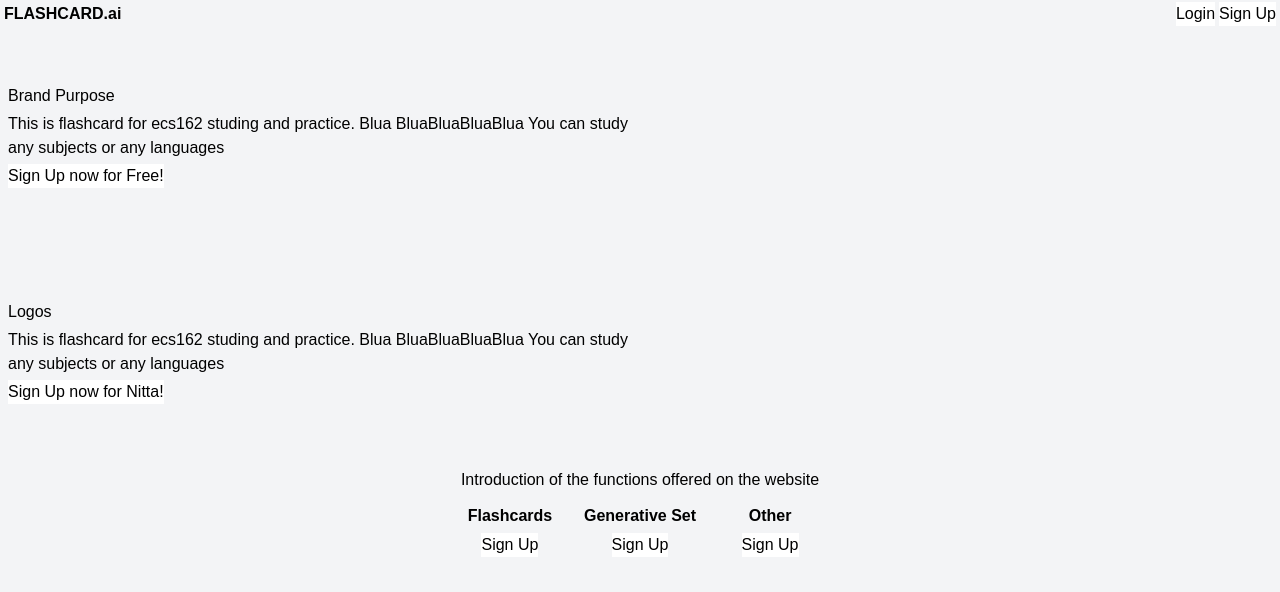
Repository: greg-chang/flashcard-website
Page: / (app in frontend/)
The author's editor kept a copy of each file at every save. The page is drawn from the files as they stood at one save, then again after the next save.
The browser window is 1280 px wide. The pictures show the whole page.
The page's requests for data from a server got no answer. The project was rebuilt for these pictures with package versions that can differ from the ones it lists, and the page was loaded fresh each time. Some packages were replaced by stand-ins written for this rebuild. The framework's server and built-in components were replaced by stand-ins that run in the browser. No one was signed in, and anything a server would have sent is missing. Also part of the build but not shown: frontend/next.config.ts, frontend/src/app/components/CardComponent.tsx, frontend/src/app/components/UserInterface.tsx.

Above is the page before, as saved 2025-05-29 22:10:51.

### frontend/src/app/layout.tsx
import type { Metadata } from "next";
import { Geist, Geist_Mono } from "next/font/google";
import { ClerkProvider } from '@clerk/nextjs';
import "./globals.css";

const geistSans = Geist({
  variable: "--font-geist-sans",
  subsets: ["latin"],
});

const geistMono = Geist_Mono({
  variable: "--font-geist-mono",
  subsets: ["latin"],
});

export const metadata: Metadata = {
  title: "Flashcard Website",
  description: "ECS 162 - Web Programming Final Project",
};

export default function RootLayout({
  children,
}: Readonly<{
  children: React.ReactNode;
}>) {
  return (
    <ClerkProvider>
      <html lang="en">
        <body
          className={`${geistSans.variable} ${geistMono.variable} antialiased`}
        >
          {children}
        </body>
      </html>
    </ClerkProvider>
  );
}

### frontend/src/app/page.tsx
'use client';
import Homepage from './components/Homepage';
import UserInterface from './components/UserInterface';
import Dashboard from './components/Dashboard';
import { useUser } from '@clerk/nextjs';

export default function Home() {
  const { isSignedIn, isLoaded } = useUser();
  if (!isLoaded) {
    return <div>Loading...</div>;
  }
  return (
    <main className="min-h-screen bg-gray-100">
      {isSignedIn ? <UserInterface /> : <Homepage />}
    </main>
  );
}

### frontend/src/app/globals.css
@import "tailwindcss";

:root {
  --background: var(--color-sand);
  --foreground: var(--color-walnut);
}

@theme {
  /* Light */
  --color-sand: #F0EAE2 ;
  /* Medium */
  --color-coffee: #937156 ;
  /* Medium Text */
  --color-walnut: #8F6E4F ;
  /* VERY DARK */
  --color-expresso: #341D09 ;
  /* DESATURATED MEDIUM */
  --color-mocha: #604E3C ;
}

@theme inline {
  --color-background: var(--background);
  --color-foreground: var(--foreground);
  --font-sans: var(--font-geist-sans);
  --font-mono: var(--font-geist-mono);
}
/*
@john found out that this is what caused the white text of white background
@media (prefers-color-scheme: dark) {
  :root {
    --background: #0a0a0a;
    --foreground: #ededed;
  }
} */

body {
  background: var(--background);
  color: var(--foreground);
  font-family: Arial, Helvetica, sans-serif;
}

### frontend/src/app/components/Homepage.tsx
'use client';
import {
  Box,
  Button,
  Center,
  Heading,
  Stack,
  Text,
  VStack,
  HStack,
  SimpleGrid,
  Flex,
} from '@chakra-ui/react';
import { SignInButton, SignUpButton } from '@clerk/nextjs';
import Header from './Header';

export default function Homepage() {
  return (
    <Box minH="100vh" bg="pink.100" color="black">
      <Header />
      {/* Intro*/}
      <SimpleGrid columns={[1, null, 2]} spacing={8} p={8} alignItems="center">
        <VStack align="start" spacing={4}>
          <Heading size="lg">Brand Purpose</Heading>
          <Text>
            This is flashcard for ecs162 studing and practice. Blua BluaBluaBluaBlua You can study any subjects or any languages
          </Text>
          <SignUpButton mode="modal">
            <Button bg="white" _hover={{ bg: 'gray.100' }}>
              Sign Up now for Free!
            </Button>
          </SignUpButton>
        </VStack>
        <Box bg="pink.300" h="200px" borderRadius="full" />
      </SimpleGrid>

      {/* LOGO*/}
      <SimpleGrid columns={[1, null, 2]} spacing={8} p={8} alignItems="center">
        <VStack align="start" spacing={4}>
          <Heading size="lg">Logos</Heading>
          <Text>This is flashcard for ecs162 studing and practice. Blua BluaBluaBluaBlua You can study any subjects or any languages</Text>
          <SignUpButton mode="modal">
            <Button bg="white" _hover={{ bg: 'gray.100' }}>
            Sign Up now for Nitta!
            </Button>
          </SignUpButton>
        </VStack>
        <Box bg="pink.300" h="200px" borderRadius="full" />
      </SimpleGrid>

      {/* Funtionality introduction */}
      <Center p={8}>
        <VStack spacing={6} w="full">
          <Heading size="md">Introduction of the functions offered on the website</Heading>
          <SimpleGrid columns={[1, null, 3]} spacing={6} w="full">
            {['Flashcards', 'Generative Set', 'Other'].map((feature) => (
              <Box key={feature} bg="pink.200" p={6} borderRadius="lg" textAlign="center">
                <Text fontWeight="bold" mb={4}>{feature}</Text>
                <SignUpButton mode="modal">
                  <Button bg="white" _hover={{ bg: 'gray.100' }}>
                    Sign Up
                  </Button>
                </SignUpButton>
              </Box>
            ))}
          </SimpleGrid>
        </VStack>
      </Center>
    </Box>
  );
}

### frontend/src/app/components/Header.tsx
'use client';
import {
  Box,
  Flex,
  Heading,
  Spacer,
  Button,
  HStack,
  Text,
} from '@chakra-ui/react';
import { SignInButton, SignUpButton, UserButton, useUser } from '@clerk/nextjs';

export default function Header() {
  const { isSignedIn, isLoaded } = useUser();

  return (
    <Box
      as="header"
      position="sticky"
      top={0}
      zIndex={10}
      bg="pink.200"
      px={4}
      py={2}
      shadow="sm"
    >
      <Flex align="center">
        {/* Logo */}
        <Heading size="md" color="black">
        <Flex
          fontSize="2xl"
          fontWeight="800"
          display="flex"
          alignItems="center"
        >
          FLASH
          <Text
            as="span"
            fontSize="2xl"
            fontWeight="800"
            color="green.600"
            maxWidth="60ch"
          >
            CARD
          </Text>
          .ai
        </Flex>
        </Heading>

        <Spacer />

        {/* Right side: Auth buttons or Avatar */}
        {isLoaded && (
          <HStack spacing={4}>
            {isSignedIn ? (
              <UserButton afterSignOutUrl="/" />
            ) : (
              <>
                <SignInButton mode="modal">
                  <Button size="sm" bg="white" _hover={{ bg: 'gray.100' }}>
                    Login
                  </Button>
                </SignInButton>
                <SignUpButton mode="modal">
                  <Button size="sm" bg="white" _hover={{ bg: 'gray.100' }}>
                    Sign Up
                  </Button>
                </SignUpButton>
              </>
            )}
          </HStack>
        )}
      </Flex>
    </Box>
  );
}

After the next save:
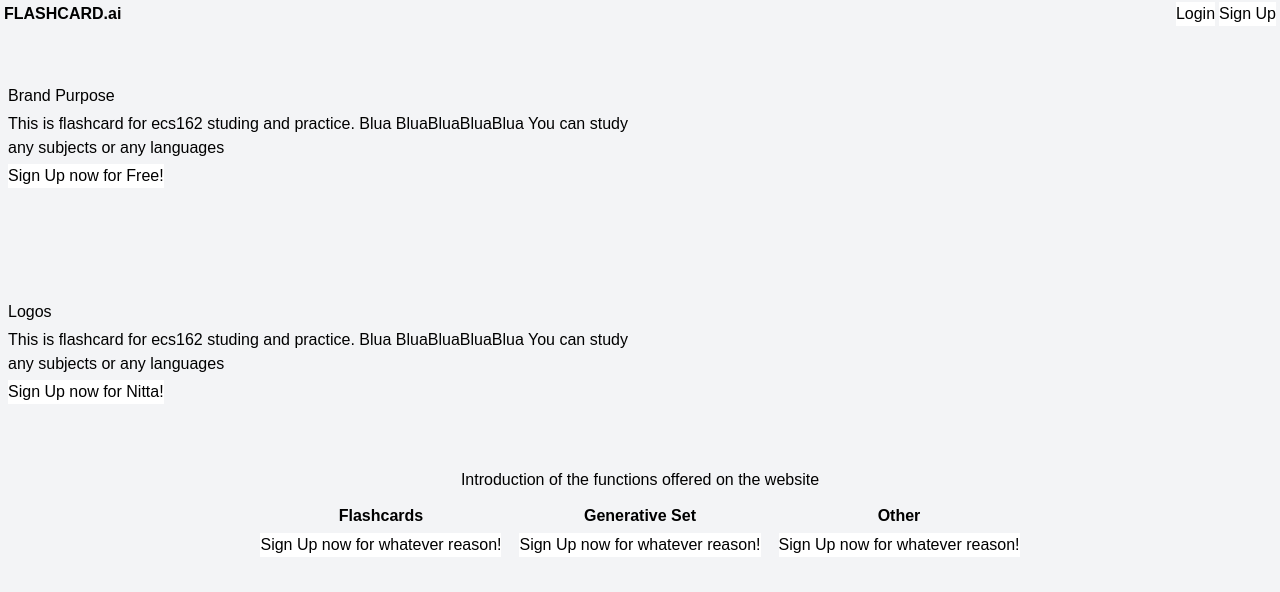
Saved 61 s later.
--- a/frontend/src/app/components/Homepage.tsx
+++ b/frontend/src/app/components/Homepage.tsx
@@ -48,7 +48,7 @@ export default function Homepage() {
         <Box bg="pink.300" h="200px" borderRadius="full" />
       </SimpleGrid>
 
-      {/* Funtionality introduction */}
+      {/* Funtionality introduction  Maybe add some content here?*/}
       <Center p={8}>
         <VStack spacing={6} w="full">
           <Heading size="md">Introduction of the functions offered on the website</Heading>
@@ -58,7 +58,7 @@ export default function Homepage() {
                 <Text fontWeight="bold" mb={4}>{feature}</Text>
                 <SignUpButton mode="modal">
                   <Button bg="white" _hover={{ bg: 'gray.100' }}>
-                    Sign Up
+                    Sign Up now for whatever reason!
                   </Button>
                 </SignUpButton>
               </Box>
